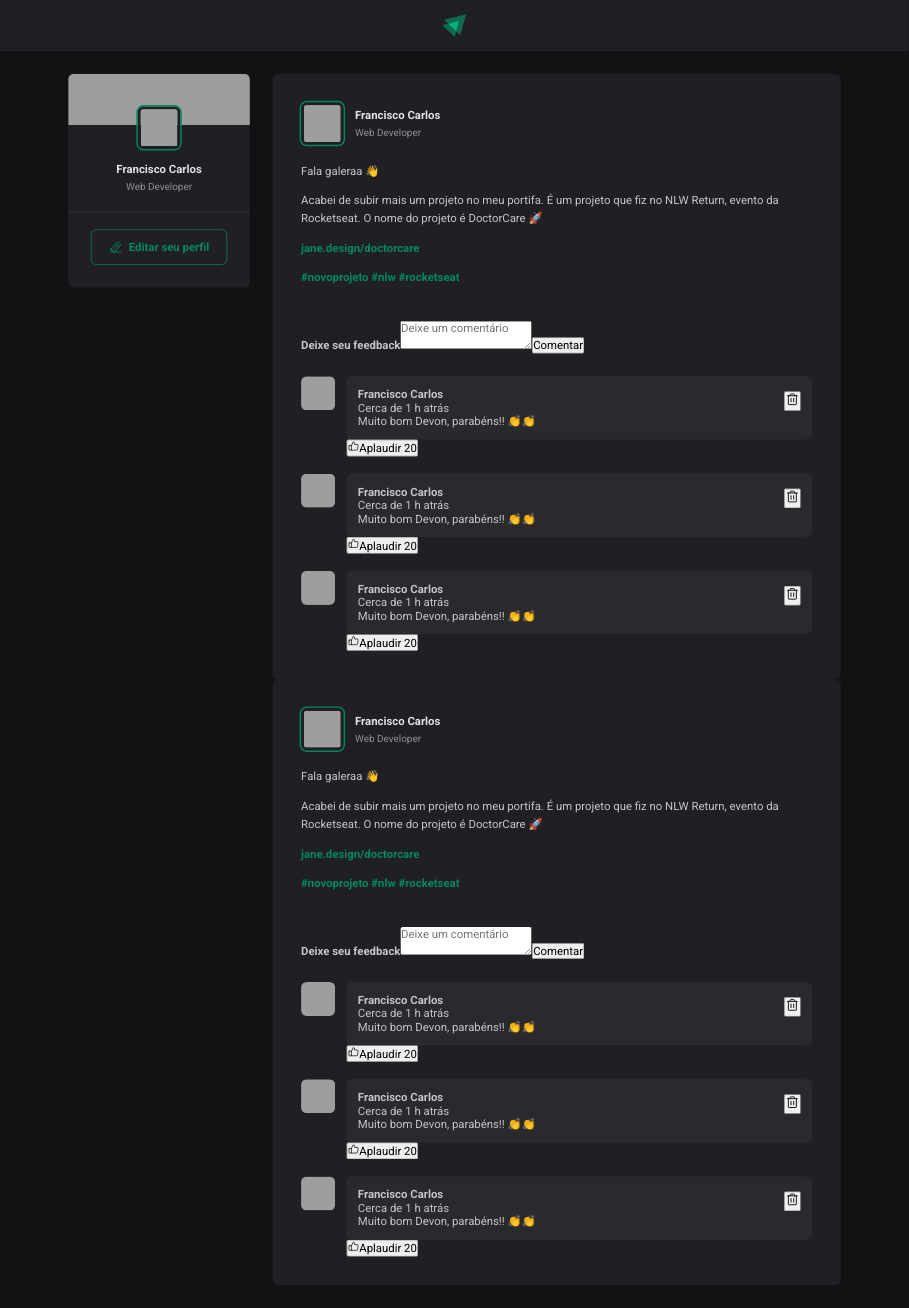
Repository: ch1coon/AulasRocketseat
Page: / (app in Ignite/aulas/01-fundamentos-reactjs/)
An editor plug-in stored every save of this project. The page is shown before and after the next save, followed by the edit.
The browser window is 1280 px wide. The pictures show the whole page, at 71% of full size.
Pictures or frames that could not be fetched are drawn as grey boxes. The project was rebuilt for these pictures with package versions that can differ from the ones it lists, and the page was loaded fresh each time. Also part of the build but not shown: Ignite/aulas/01-fundamentos-reactjs/vite.config.js.

Above is the page before, as saved 2023-08-12 08:36:03.

### Ignite/aulas/01-fundamentos-reactjs/index.html
<!DOCTYPE html>
<html lang="en">
  <head>
    <meta charset="UTF-8" />
    <link rel="preconnect" href="https://fonts.googleapis.com" />
    <link rel="preconnect" href="https://fonts.gstatic.com" crossorigin />

    <link rel="icon" type="image/svg+xml" href="/vite.svg" />
    <meta name="viewport" content="width=device-width, initial-scale=1.0" />

    <link
      href="https://fonts.googleapis.com/css2?family=Roboto:wght@400;700&display=swap"
      rel="stylesheet"
    />
    <title>Vite + React</title>
  </head>
  <body>
    <div id="root"></div>
    <script type="module" src="/src/main.jsx"></script>
  </body>
</html>

### Ignite/aulas/01-fundamentos-reactjs/src/App.jsx
import { Post } from "./components/Post";
import { Header } from "./components/Header";
import { Sidebar } from "./components/Sidebar";

import styles from "./App.module.css";

import "./global.css";

export function App() {
  return (
    <div>
      <Header />

      <div className={styles.wrapper}>
        <Sidebar/>
        <main>
          <Post
            author="Diego Fernandes"
            content="Lorem ipsum dolor sit amet consectetur adipisicing elit. Rerum dolorem fuga odio voluptas voluptate rem dolores earum culpa, voluptatibus id nisi, qui, quae tempore quas facilis numquam blanditiis modi autem."
          />
          <Post
            author="Gabriel Guzzi"
            content="Lorem ipsum dolor sit amet consectetur adipisicing elit. Rerum dolorem fuga odio voluptas voluptate rem dolores earum culpa, voluptatibus id nisi, qui, quae tempore quas facilis numquam blanditiis modi autem."
          />
        </main>
      </div>
    </div>
  );
}

### Ignite/aulas/01-fundamentos-reactjs/src/components/Post.jsx
import { Comment } from "./Comment";
import styles from "./Post.module.css";

export function Post() {
  return (
    <article className={styles.post}>
      <header>
        <div className={styles.author}>
          <img className={styles.avatar} src="https://github.com/ch1coon.png" />
          <div className={styles.authorInfo}>
            <strong>Francisco Carlos</strong>
            <span>Web Developer</span>
          </div>
        </div>

        <time title="11 de Maio às 08:51" dateTime="2023-07-26 08:49:38"></time>
      </header>

      <div className={styles.content}>
        <p>Fala galeraa 👋</p>

        <p>
          Acabei de subir mais um projeto no meu portifa. É um projeto que fiz
          no NLW Return, evento da Rocketseat. O nome do projeto é DoctorCare 🚀
        </p>

        <p>
          <a href="">jane.design/doctorcare</a>
        </p>

        <p>
          <a href="">#novoprojeto</a> <a href="">#nlw</a>{" "}
          <a href="">#rocketseat</a>{" "}
        </p>
      </div>

      <form className={styles.commentForm}>
        <strong>Deixe seu feedback</strong>
        <textarea placeholder="Deixe um comentário" />

        <button type="submit">Comentar</button>
      </form>

      <div className={styles.commentList}>
        <Comment />
        <Comment />
        <Comment />
      </div>
    </article>
  );
}

### Ignite/aulas/01-fundamentos-reactjs/src/components/Header.jsx
import styles from "./Header.module.css";

import igniteLogo from '../assets/Ignite-logo.svg';

export function Header() {
  return (
    <header className={styles.header}>
      <img src={igniteLogo} alt="Logotipo do Ignite" />
    </header>
  );
}

### Ignite/aulas/01-fundamentos-reactjs/src/components/Sidebar.jsx
import { PencilLine } from "phosphor-react";

import styles from "./Sidebar.module.css";

export function Sidebar() {
  return (
    <aside className={styles.sidebar}>
      <img
        className={styles.cover}
        src="https://images.unsplash.com/photo-1571757767119-68b8dbed8c97?ixlib=rb-4.0.3&ixid=M3wxMjA3fDB8MHxwaG90by1wYWdlfHx8fGVufDB8fHx8fA%3D%3D&auto=format&fit=crop&w=500&q=50"
      />
      <div className={styles.profile}>
        <img className={styles.avatar} src="https://github.com/ch1coon.png" />
        <strong> Francisco Carlos</strong>
        <span>Web Developer</span>
      </div>

      <footer>
        <a href="#">
          <PencilLine size={20}/>
          Editar seu perfil
        </a>
      </footer>
    </aside>
  );
}

### Ignite/aulas/01-fundamentos-reactjs/src/App.module.css
.wrapper {
    max-width: 70rem;
    margin: 2rem auto;
    padding: 0 1rem;

    display: grid;
    grid-template-columns: 256px 1fr;
    gap: 2rem;
    align-items: flex-start;

}

### Ignite/aulas/01-fundamentos-reactjs/src/global.css
:root {
    --white: #fff;
    --gray-100: #e1e1e6;
    --gray-300: #c4c4cc;
    --gray-400: #8d8d99;
    --gray-600: #323238;
    --gray-700: #29292e;
    --gray-800: #202024;
    --gray-900: #121214;

    --green-300: #00837E;
    --green-500: #00875f;

}

* {
    margin: 0;
    padding: 0;
    box-sizing: border-box;
}

body {
     background: var(--gray-900);
     color: var(--gray-300);
     -webkit-font-smoothing:antialiased;
}

body, input, textarea, button {
    font-family: 'Roboto', sans-serif;
    font-weight: 400;
    font-size: 1rem;
}

### Ignite/aulas/01-fundamentos-reactjs/src/components/Comment.jsx
import styles from "./Comment.module.css";
import { ThumbsUp, Trash } from "phosphor-react";

export function Comment() {
  return (
    <div className={styles.comment}>
      <img src="https://github.com/ch1coon.png" />

      <div className={styles.commentBox}>
        <div className={styles.commentContent}>
          <header>
            <div className={styles.authorAndTime}>
              <strong>Francisco Carlos</strong>
              <time title="11 de Maio às 08:51" dateTime="2023-07-26 08:49:38">
                Cerca de 1 h atrás
              </time>
            </div>
            <button title="Deletar comentário">
              <Trash size={20} />
            </button>
          </header>

          <p>Muito bom Devon, parabéns!! 👏👏</p>
        </div>
        <footer>
          <button>
            <ThumbsUp />
            Aplaudir <span>20</span>
          </button>
        </footer>
      </div>
    </div>
  );
}

### Ignite/aulas/01-fundamentos-reactjs/src/components/Post.module.css
.post {
  background: var(--gray-800);
  border-radius: 8px;
  padding: 2.5rem;
}

.post + post {
  margin-top: 2rem;
}

.content {
  line-height: 1.6;
  color: var(--gray-300);
  margin-top: 1.5rem;
}

.content p {
  margin-top: 1rem;
}

.content a {
  font-weight: bold;
  color: var(--green-500);
  text-decoration: none;
}

.content a:hover {
  color: var(--green-300);
}

.post > header {
  display: flex;
  align-items: center;
  justify-content: space-between;
}

.post > header time {
  font-size: 0.875rem;
  color: var(--gray-400);
}

.author {
  display: flex;
  align-items: center;
  gap: 1rem;
}

.author img {
  width: calc(3rem + 12px);
  height: calc(3rem + 12px);
  border-radius: 8px;
  border: 4px solid var(--gray-800);
  outline: 2px solid var(--green-500);
}

.authorInfo strong {
  display: block;
  color: var(--gray-100);
  line-height: 1.6;
}

.authorInfo span {
  display: block;
  font-size: 0.875rem;
  color: var(--gray-400);
  line-height: 1.6;
}

.commentForm {
  width: 100%;
  margin-top: 1.5rem;
  padding-top: 1.5rem;
  border-top: 1.5rem;
}

.commentList {
  margin-top: 2rem;
}

### Ignite/aulas/01-fundamentos-reactjs/src/components/Header.module.css
.header {
  background: var(--gray-800);
  display: flex;
  justify-content: center;
  padding: 1.25rem 0 ;
}

.header img {
    height: 2rem;
}

### Ignite/aulas/01-fundamentos-reactjs/src/components/Sidebar.module.css
.sidebar {
  background: var(--gray-800);
  border-radius: 8px;
  overflow: hidden;
}

.cover {
  width: 100%;
  height: 72px;
  object-fit: cover;
}

.profile {
  display: flex;
  flex-direction: column;
  align-items: center;

  margin-top: calc(0px - 1.5rem - 6px);
}

.avatar {
    width: calc(3rem + 12px);
    height: calc(3rem + 12px);
    border-radius: 8px;
    border: 4px solid var(--gray-800);
    outline: 2px solid var(--green-500);
}

.profile strong {
    margin-top: 1rem;
    color: var(--gray-100);
    line-height: 1.6;
}

.profile span {
    font-size: 0.875rem;
    color: var(--gray-400);
    line-height: 1.6;
}

.sidebar footer {
  border-top: 1px solid var(--gray-600);
  margin-top: 1.5rem;
  padding: 1.5rem 2rem 2rem;
}

.sidebar footer a {
  background: transparent;
  color: var(--green-500);
  border: 1px solid var(--green-500);
  border-radius: 8px;
  height: 50px;
  padding: 0 1.5rem;
  font-weight: bold;
  display: block;
  text-decoration: none;
  display: flex;
  align-items: center;
  justify-content: center;

  gap: 0.5rem;

  transition: color 0.1s, background-color 0.1s;
}

.sidebar footer a:Hover {
    background: var(--green-500);
    color: var(--white);
}

### Ignite/aulas/01-fundamentos-reactjs/src/components/Comment.module.css
.comment {
  margin-top: 1.5rem;
  display: flex;
  gap: 1rem;
}

.comment > img {
  width: 3rem;
  height: 3rem;
  border-radius: 8px;
}

.commentBox {
  flex: 1;
}

.commentContent {
  background: var(--gray-700);
  border-radius: 8px;
  padding: 1rem;
}

.commentContent header {
  display: flex;
  align-items: center;
  justify-content: space-between;
}

.authorAndTime strong {
  display: block;
}

.authorAndTime time {
  display: block;
}

Loaded but not shown: Ignite/aulas/01-fundamentos-reactjs/src/main.jsx (common file)

After the next save:
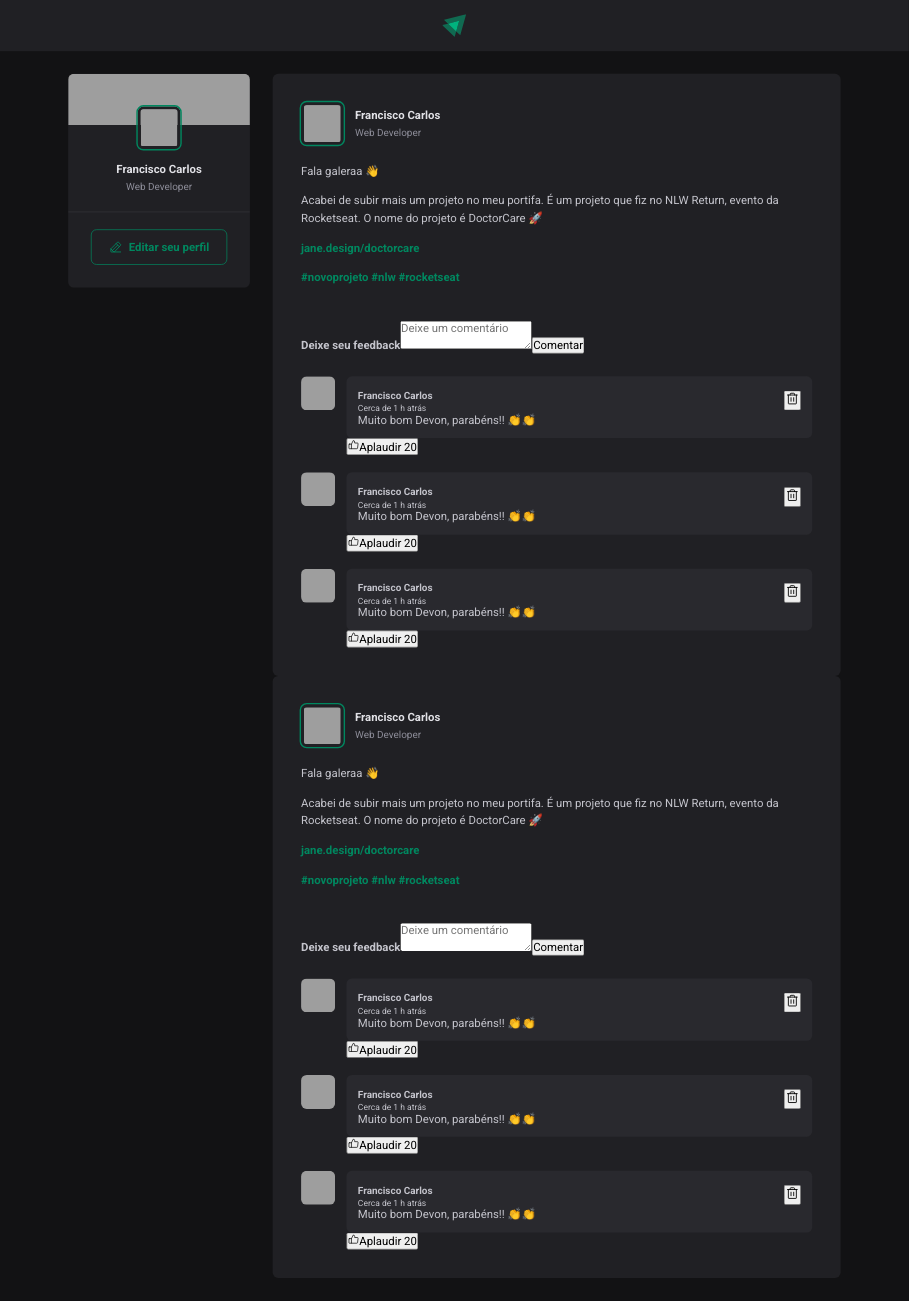
Saved 52 s later.
--- a/Ignite/aulas/01-fundamentos-reactjs/src/components/Comment.module.css
+++ b/Ignite/aulas/01-fundamentos-reactjs/src/components/Comment.module.css
@@ -28,8 +28,11 @@
 
 .authorAndTime strong {
   display: block;
+  font-size: 0.875rem;
+  line-height: 1.6;
 }
 
 .authorAndTime time {
   display: block;
+  font-size: 0.75rem;
 }
